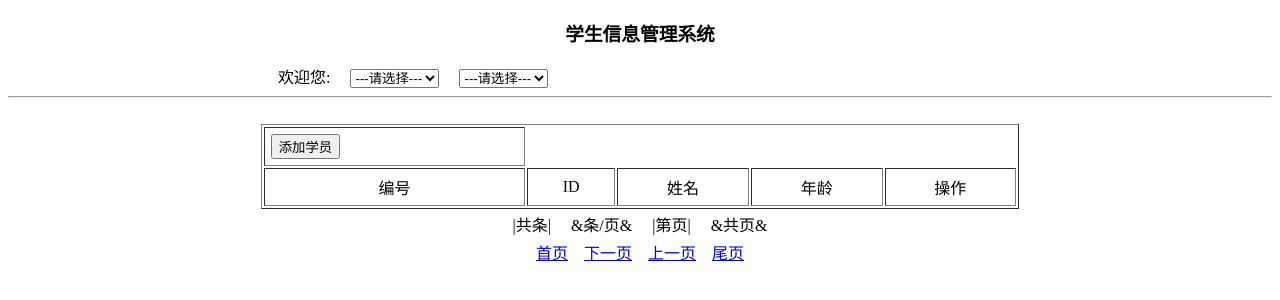
Repository: DataBoxWx/mvc_servlet_3
Page: http://localhost/crud_1/ajax/studentlist.jsp
The author's editor kept a copy of each file at every save. The page is drawn from the files as they stood at one save, then again after the next save.
The browser window is 1280 px wide. The pictures show the whole page.
The page is served by Tomcat 9. Other server files are loaded and not shown.

Above is the page before, as saved 2018-05-08 14:21:59.

### crud_1/WebContent/ajax/studentlist.jsp
<%@ page language="java" contentType="text/html; charset=UTF-8"
    pageEncoding="UTF-8"%>
<%
	String basePath = request.getScheme() + "://" + request.getServerName() + ":" + 	request.getServerPort() + request.getContextPath() + "/";
%>
<!DOCTYPE html PUBLIC "-//W3C//DTD HTML 4.01 Transitional//EN" "http://www.w3.org/TR/html4/loose.dtd">
<html>
<head>
<base href="<%=basePath%>">
<meta http-equiv="Content-Type" content="text/html; charset=UTF-8">
<script type="text/javascript" src="js/jquery-1.8.3.min.js"></script>
<title>Insert title here</title>
<style type="text/css">
	td{
		text-align: center
	}
</style>
<script type="text/javascript">
	$(function(){
		var total = 0;//总数
		var pageCount = 0;//每页数量
		var pageNu = 1;//当前页
		var pageSize = 0;//最大页数
		/* page();
		function page(){
			$.post(
				"controller/list.do",
				function(data){
					$(data.slist).each(function(i){
						$("#tbody").append("<tr><td>"+i+"</td><td>"+this.id
								+"</td><td>"+this.name+"</td><td>"+this.age
								+"</td><td><a href='jsp/studentedit.jsp?id="+this.id
								+"'>编辑</a>||<a href='controller/delete.do?id="+this.id
								+"'>删除</a></td></tr>");
					})
				},
				"json"
			)
		} */

		$("#addBtn").click(function(){
			location.href="jsp/studentadd.jsp";
		});
		pageList();
		function pageList(){
			$("#tbody").html("");
			$.post(
				"controller/list.do",
				{"pageNu":pageNu},
				function(data){
					total = data.pu.total;
					pageNu = data.pu.pageNu;
					pageCount = data.pu.pageCount;
					pageSize = data.pu.pageSize;
					$("#total").html(total);
					$("#pageNu").html(pageNu);
					$("#pageCount").html(pageCount);
					$("#pageSize").html(pageSize);

					$(data.slist).each(function(i){
						$("#tbody").append("<tr><td>"+(i+1)+"</td><td>"+this.id
								+"</td><td>"+this.name+"</td><td>"+this.age
								+"</td><td><a href='jsp/studentedit.jsp?id="+this.id
								+"'>编辑</a>||<a href='controller/delete.do?id="+this.id
								+"'>删除</a></td></tr>");
					})
				},
				"json"
			)
		}
		$("#firstPage").click(function(){
			//var pageNo = $("#").val();
			if(pageNu==1){
				return false;
			}else{
				pageNu=1;
				pageList();
			}
		});
		$("#nextPage").click(function(){

			if(pageNu==pageSize){
				return false
			}else{
				pageNu++;
				pageList();
			}
		});
		$("#previousPage").click(function(){
			if(pageNu==1){
				return false;
			}else{
				pageNu--;
				pageList();
			}
		});
		$("#lastPage").click(function(){
			if(pageNu == pageSize){
				return false;
			}else{
				pageNu = pageSize;
				pageList();
			}
		});

	});
</script>
</head>
<body>
	<h3 align="center">学生信息管理系统</h3>
	<span style="margin-left: 270px" >欢迎您:${username}&nbsp;&nbsp;&nbsp;&nbsp;
		<select id="pid">
			<option>---请选择---</option>
		</select>&nbsp;&nbsp;&nbsp;&nbsp;
		<select id="cid">
			<option>---请选择---</option>
		</select>
	</span><br/>
	<hr/><br>
	<table align="center" border="1" cellpadding="6" width="60%">
		<thead>
			<tr>
				<td style="text-align: left">
					<button id="addBtn">添加学员</button>&nbsp;&nbsp;
				</td>
			</tr>
			<tr>
				<td>编号</td>
				<td>ID</td>
				<td>姓名</td>
				<td>年龄</td>
				<td>操作</td>
			</tr>
		</thead>
		<tbody id="tbody">

		</tbody>
	</table>
	<table align="center" border="0">
			<tr>
				<td>
					|共<span id="total"></span>条|&nbsp;&nbsp;&nbsp;&nbsp;
					&<span id="pageCount"></span>条/页&&nbsp;&nbsp;&nbsp;&nbsp;
					|第<span id="pageNu"></span>页|&nbsp;&nbsp;&nbsp;&nbsp;
					&共<span id="pageSize"></span>页&
				</td>
			</tr>
			<tr>
				<td>
					<a id="firstPage" href="javascript:void(0)">首页</a>&nbsp;&nbsp;&nbsp;
					<a id="nextPage" href="javascript:void(0)">下一页</a>&nbsp;&nbsp;&nbsp;
					<a id="previousPage" href="javascript:void(0)">上一页</a>&nbsp;&nbsp;&nbsp;
					<a id="lastPage" href="javascript:void(0)">尾页</a>
				</td>
			</tr>
	</table>
</body>
</html>

### crud_1/src/com/bjpowernode/crud/controller/StudentController.java
 package com.bjpowernode.crud.controller;

import java.io.IOException;
import java.io.PrintWriter;
import java.util.ArrayList;
import java.util.List;
import java.util.Map;

import javax.servlet.ServletException;
import javax.servlet.http.HttpServlet;
import javax.servlet.http.HttpServletRequest;
import javax.servlet.http.HttpServletResponse;

import com.bjpowernode.crud.domain.Students;
import com.bjpowernode.crud.service.StudentService;
import com.bjpowernode.crud.service.impl.StudentServiceImpl;
import com.bjpowernode.crud.util.PageUtil;
import com.bjpowernode.crud.util.ServiceFactory;
import com.sun.org.apache.bcel.internal.generic.NEW;

public class StudentController extends HttpServlet{
	@Override
	protected void doGet(HttpServletRequest request, HttpServletResponse response) throws ServletException, IOException {
		response.setContentType("text/html;charset=utf-8");
		request.setCharacterEncoding("utf-8");
		StudentService studentService  = (StudentService) ServiceFactory.getService(new StudentServiceImpl());
		String path = request.getServletPath();
		if("/controller/list.do".equals(path)){

			list(request,response,studentService);

		}else if("/controller/save.do".equals(path)){

			save(request,response,studentService);
			response.sendRedirect(request.getContextPath()+"/ajax/studentlist.jsp");

		}else if("/controller/delete.do".equals(path)){

			delete(request,response,studentService);
			response.sendRedirect(request.getContextPath()+"/ajax/studentlist.jsp");

		}else if("/controller/update.do".equals(path)){

			update(request,response,studentService);
			response.sendRedirect(request.getContextPath()+"/ajax/studentlist.jsp");

		}else if("/controller/edit.do".equals(path)){
			edit(request,response,studentService);
		}
	}
	private void edit(HttpServletRequest request, HttpServletResponse response, StudentService studentService) throws IOException {
		String id = request.getParameter("id");

		Students stu = studentService.getStudentById(id);
		StringBuffer buffer = new StringBuffer();
		//{"id":"?","name":"?","age":?}
		buffer.append("{\"id\":\"");
		buffer.append(stu.getId());
		buffer.append("\",\"name\":\"");
		buffer.append(stu.getName());
		buffer.append("\",\"age\":");
		buffer.append(stu.getAge());
		buffer.append("}");
		PrintWriter out = response.getWriter();
		out.print(buffer.toString());
		out.close();

	}
	private void update(HttpServletRequest request, HttpServletResponse response, StudentService studentService) {
		String id = request.getParameter("id");
		String name = request.getParameter("name");
		String ageStr = request.getParameter("age");
		int age = Integer.valueOf(ageStr);
		Students stu = new Students();
		stu.setId(id);
		stu.setName(name);
		stu.setAge(age);
		studentService.updateStudent(stu);

	}
	private void delete(HttpServletRequest request, HttpServletResponse response, StudentService studentService) {
		String id = request.getParameter("id");
		studentService.deleteStudent(id);
	}
	private void save(HttpServletRequest request, HttpServletResponse response, StudentService studentService) {
		System.out.println("进入添加学生操作");
		String name = request.getParameter("username");
		String ageStr = request.getParameter("age");
		int age = Integer.valueOf(ageStr);
		Students stu = new Students();
		stu.setName(name);
		stu.setAge(age);
		studentService.addStudent(stu);

	}
	private void list(HttpServletRequest request, HttpServletResponse response, StudentService studentService) throws IOException {
		System.out.println("进入学生列表操作");
		String pageNu = request.getParameter("pageNu");
		Map<String, Object> map = studentService.getAll(pageNu);
		StringBuffer buffer = new StringBuffer();
		PageUtil pu = (PageUtil) map.get("pu");
		List<Students> slist = (List<Students>) map.get("slist");
		//{"pu":{"pageSize":?,"pageNu":?,"pageCount":?,"total":?},{"slist":[{"id":}
		buffer.append("{\"pu\":{\"pageSize\":");
		buffer.append(pu.getPageSize());
		buffer.append(",\"pageNu\":");
		buffer.append(pu.getPageNu());
		buffer.append(",\"pageCount\":");
		buffer.append(pu.getPageCount());
		buffer.append(",\"total\":");
		buffer.append(pu.getTotal());
		buffer.append("},\"slist\":[");

/*		{"slist":[{"id":"?","name":"?","age":?}]}
		buffer.append("{\"slist\":[");*/
		for(int i = 0; i< slist.size();i++){
			Students stu = slist.get(i);
			buffer.append("{\"id\":\"");
			buffer.append(stu.getId());
			buffer.append("\",\"name\":\"");
			buffer.append(stu.getName());
			buffer.append("\",\"age\":");
			buffer.append(stu.getAge());
			buffer.append("}");
			if( i< slist.size()-1){
				buffer.append(",");
			}
		}
		buffer.append("]}");
		System.out.println(buffer);
		PrintWriter out = response.getWriter();
		out.print(buffer.toString());
		out.close();
	}
	@Override
	protected void doPost(HttpServletRequest request, HttpServletResponse response) throws ServletException, IOException {
		this.doGet(request, response);
	}
}

Loaded but not shown: crud_1/WebContent/js/jquery-1.8.3.min.js (library)

After the next save:
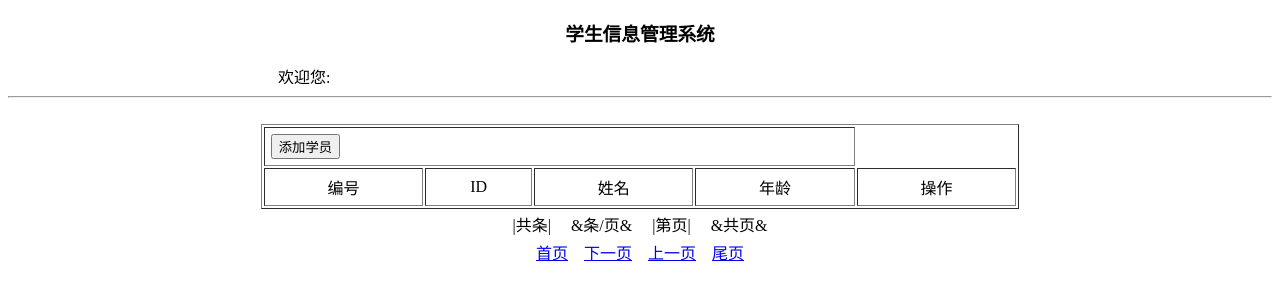
Saved 44 s later.
--- a/crud_1/WebContent/ajax/studentlist.jsp
+++ b/crud_1/WebContent/ajax/studentlist.jsp
@@ -109,18 +109,12 @@
 <body>
 	<h3 align="center">学生信息管理系统</h3>
 	<span style="margin-left: 270px" >欢迎您:${username}&nbsp;&nbsp;&nbsp;&nbsp;
-		<select id="pid">
-			<option>---请选择---</option>
-		</select>&nbsp;&nbsp;&nbsp;&nbsp;
-		<select id="cid">
-			<option>---请选择---</option>
-		</select>
 	</span><br/>
 	<hr/><br>
 	<table align="center" border="1" cellpadding="6" width="60%">
 		<thead>
 			<tr>
-				<td style="text-align: left">
+				<td style="text-align: left" colspan="4">
 					<button id="addBtn">添加学员</button>&nbsp;&nbsp;
 				</td>
 			</tr>
